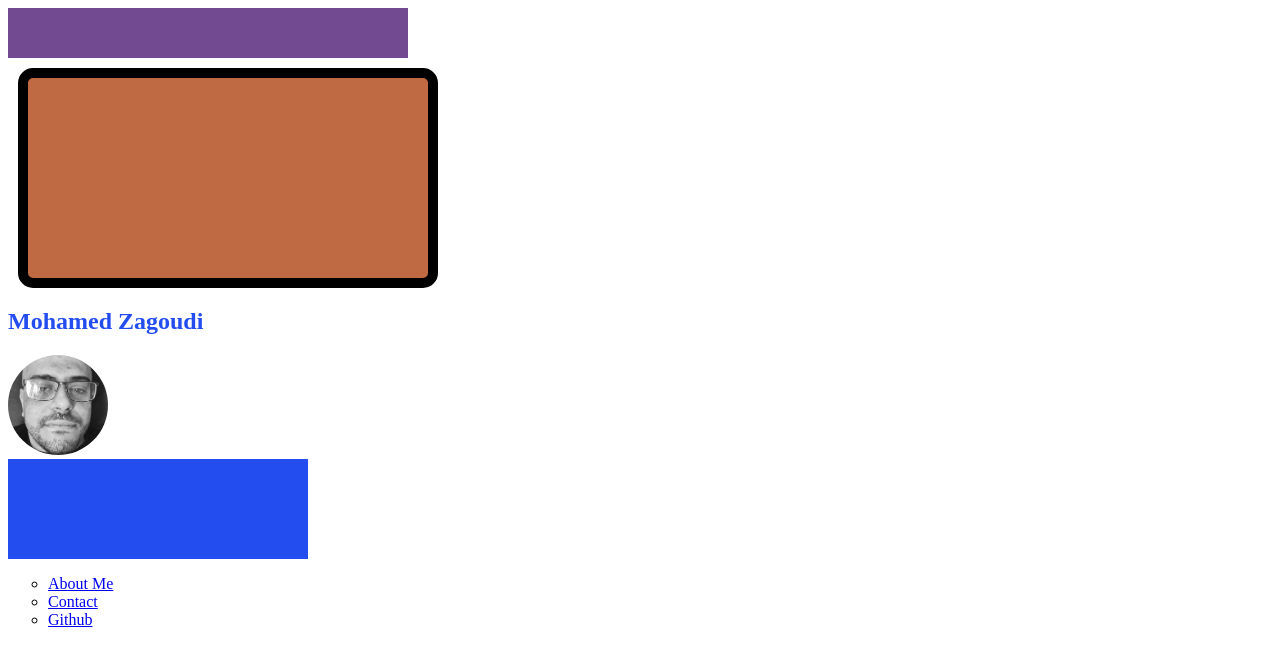
Repository: Mohzagou/Eersteportofolio
Page: index.html
The author's editor kept a copy of each file at every save. The page is drawn from the files as they stood at one save, then again after the next save.
The browser window is 1280 px wide. The pictures show the whole page.

Above is the page before, as saved 2022-06-07 19:04:53.

### index.html
<!DOCTYPE html>

<head>
    <link rel="stylesheet" href="styles.css" />
    <meta charset="UTF-8">

    <title>Document</title>
</head>

<body>

    <header></header>
    <div class="about-me"></div>
    <h2 id="name">Mohamed Zagoudi</h2>
    <img class="avatar" src="images/67gwzvy.jpeg" alt="Mohamed Zagoudi headshot " />
    <div>
        <section></section>
        <footer>
            <ul style="list-style-type: circle ">
                <li><a href=" ">About Me</a></li>
                <li><a href=" ">Contact</a></li>
                <li><a href="https://github.com/Mohzagou ">Github</a>
                </li>

            </ul>
        </footer>




</body>



</html>

### styles.css
header {
    width: 400px;
    height: 50px;
    background-color: rgb(113, 74, 145);
}

section {
    width: 300px;
    height: 100px;
    background-color: #234def;
}

.about-me {
    width: 400px;
    height: 200px;
    background-color: rgb(177, 69, 21, 0.8);
    margin: 10px;
    border: solid black 10px;
    border-radius: 15px;
}

.avatar {
    width: 100px;
    border-radius: 50px;
}

#name {
    color: #234def;
}

After the next save:
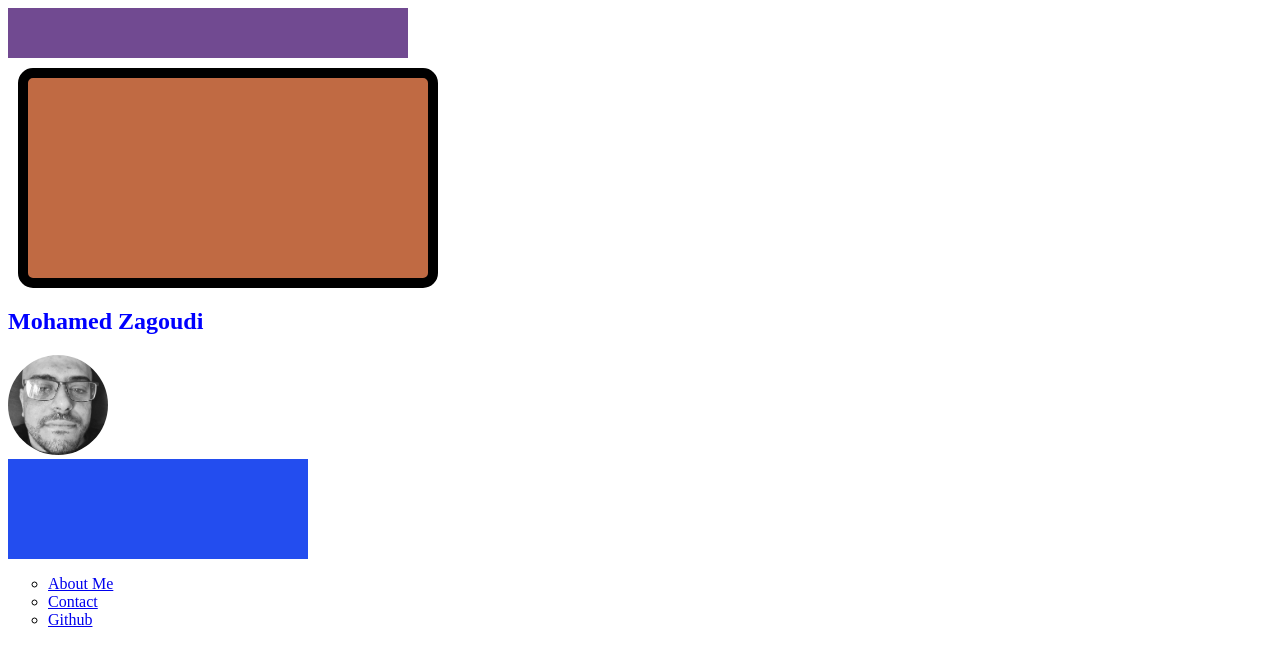
Saved 32 s later.
--- a/styles.css
+++ b/styles.css
@@ -25,5 +25,5 @@ section {
 }
 
 #name {
-    color: #234def;
+    color: blue;
 }
